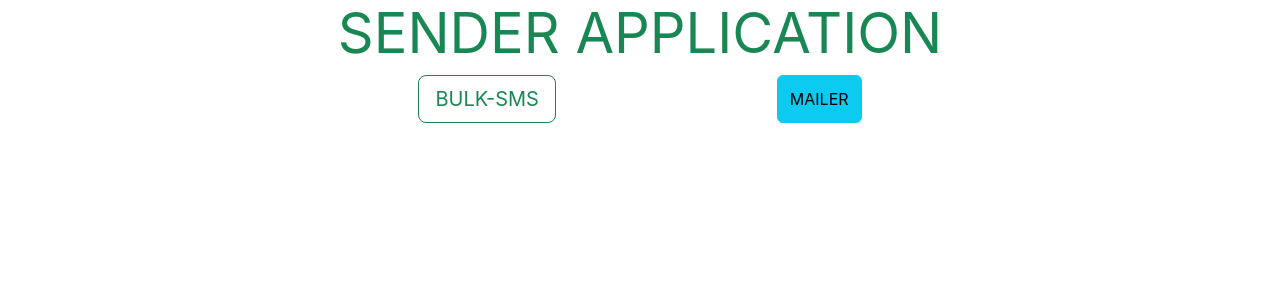
Repository: oluwaseyi9325/react-redux
Page: /mailer
The author's editor kept a copy of each file at every save. The page is drawn from the files as they stood at one save, then again after the next save.
The browser window is 1280 px wide. The pictures show the whole page.
The project was rebuilt for these pictures with package versions that can differ from the ones it lists, and the page was loaded fresh each time. Also part of the build but not shown: src/Pages/Index.tsx, src/Pages/NotFond.tsx.

Above is the page before, as saved 2023-04-18 17:18:25.

After the next save:
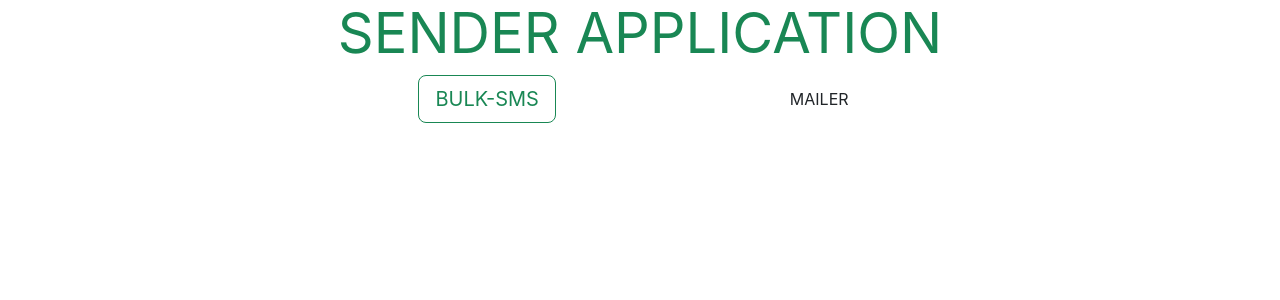
Saved 7 s later.
--- a/src/Components/NavBar.tsx
+++ b/src/Components/NavBar.tsx
@@ -8,7 +8,7 @@ const NavBar = () => {
         <h4 className='text-success display-4'><b>SENDER APPLICATION</b></h4>
         <div className='gap-4 d-flex justify-content-around'>
             <button className='btn btn-outline-success btn-lg'>BULK-SMS</button>
-            <button className='btn btn-info'>MAILER</button>
+            <button className='btn btn-outline-'>MAILER</button>
         </div>
       </div>
 
